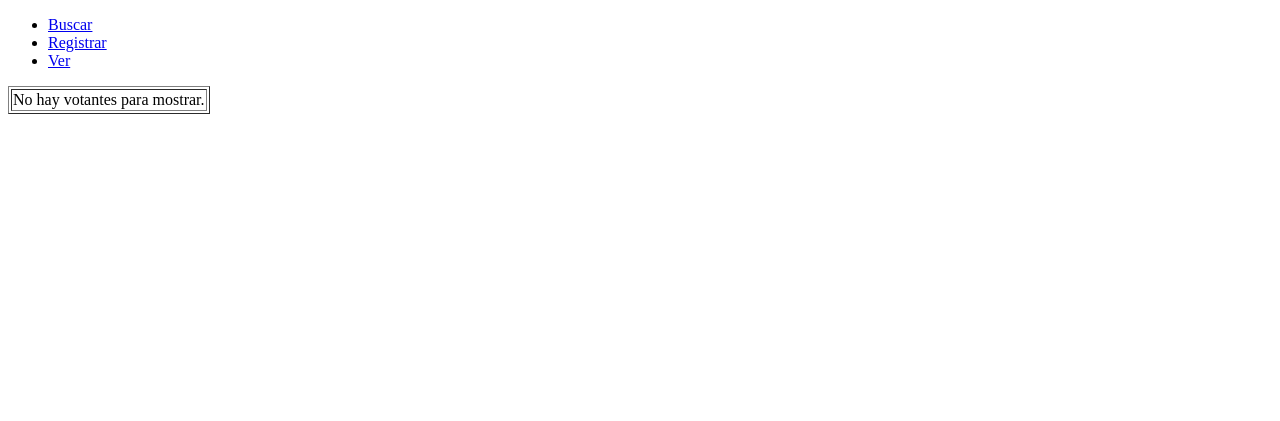
Repository: quino22/ulasalle
Page: http://localhost/lab03-70391273/votantes.jsp
The author's editor kept a copy of each file at every save. The page is drawn from the files as they stood at one save, then again after the next save.
The browser window is 1280 px wide. The pictures show the whole page.
The page is served by Tomcat 9.

Above is the page before, as saved 2016-11-07 15:19:18.

After the next save:
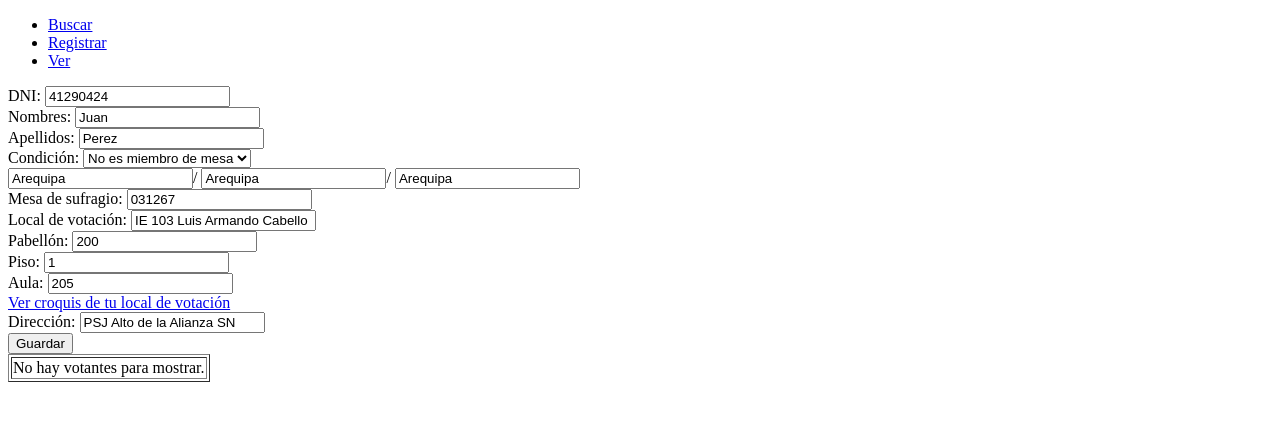
Saved 31 s later.
--- a/lab03-70391273/war/votantes.jsp
+++ b/lab03-70391273/war/votantes.jsp
@@ -19,9 +19,27 @@
   <%}%>
 </ul>
 
-<form>
+<form name="registrarForm" method="post" action="registrarServlet">
+<label>DNI: </label><input type="text" name="dni" value="41290424" /> <br />
+<label>Nombres: </label><input type="text" name="nombres" value="Juan" /> <br />
+<label>Apellidos: </label><input type="text" name="apellidos" value="Perez" /> <br />
+<label>Condición: </label><select name="miembro">
+	<option value="True">Sí es miembro de mesa</option>
+	<option value="False" selected="selected">No es miembro de mesa</option>
+</select> <br />
+<input type="text" name="departamento" value="Arequipa" /><span>/</span>
+<input type="text" name="provincia" value="Arequipa" /><span>/</span>
+<input type="text" name="distrito" value="Arequipa" /> <br />
+<label>Mesa de sufragio: </label><input type="text" name="mesa" value="031267" /> <br />
+<label>Local de votación: </label><input type="text" name="local" value="IE 103 Luis Armando Cabello" /> <br />
+<label>Pabellón: </label><input type="text" name="pabellon" value="200" /> <br />
+<label>Piso: </label><input type="text" name="piso" value="1" /> <br />
+<label>Aula: </label><input type="text" name="aula" value="205" /> <br />
+<a href="#">Ver croquis de tu local de votación</a> <br />
+<label>Dirección: </label><input type="text" name="direccion" value="PSJ Alto de la Alianza SN" /> <br />
+<input type="submit" value="Guardar" />
+</form>
 
-</form>
 
 <table border="1">
 <%if( votantes != null   ){%>
